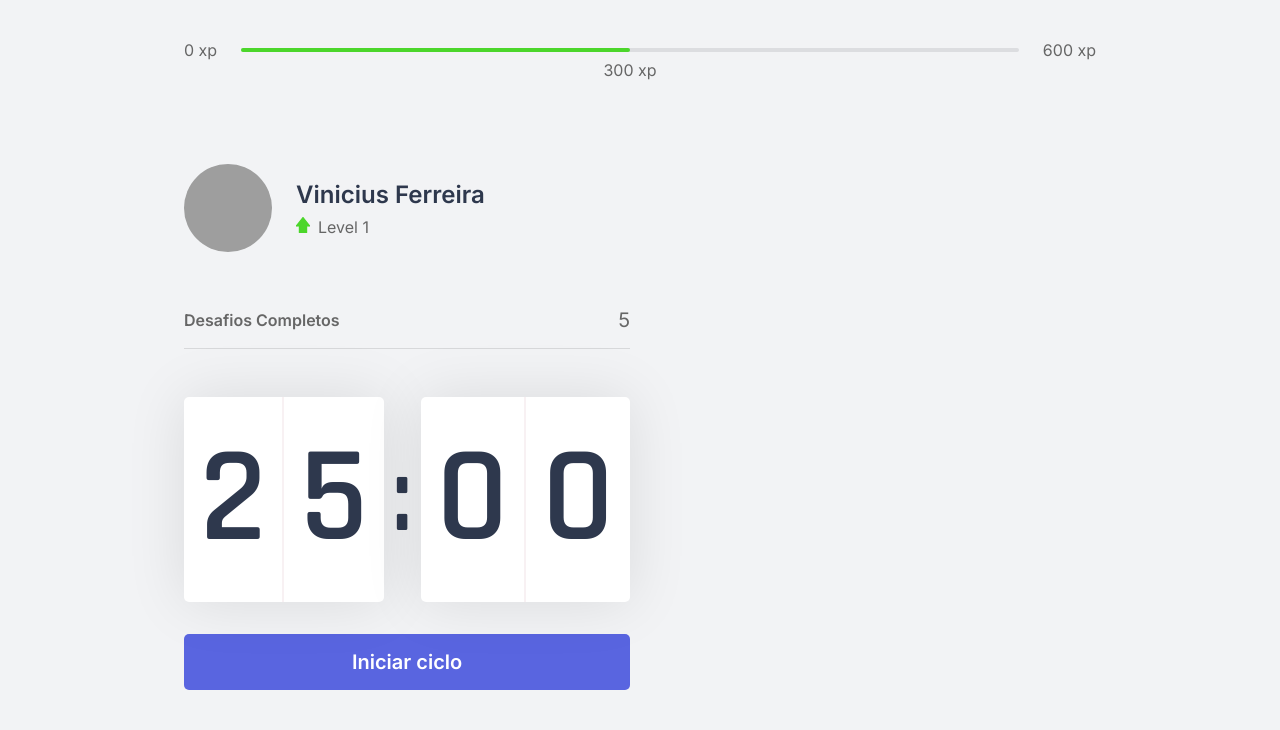
Repository: viniciusfg05/nlwFocus
Page: /
These files come from the project's save history. The page is drawn as it stood at one moment and after the next save; the edit follows.
The browser window is 1280 px wide. The pictures show the whole page.
Pictures or frames that could not be fetched are drawn as grey boxes. The project was rebuilt for these pictures with package versions that can differ from the ones it lists, and the page was loaded fresh each time. The framework's server and built-in components were replaced by stand-ins that run in the browser.

Above is the page before, as saved 2022-02-28 09:59:05.

After the next save:
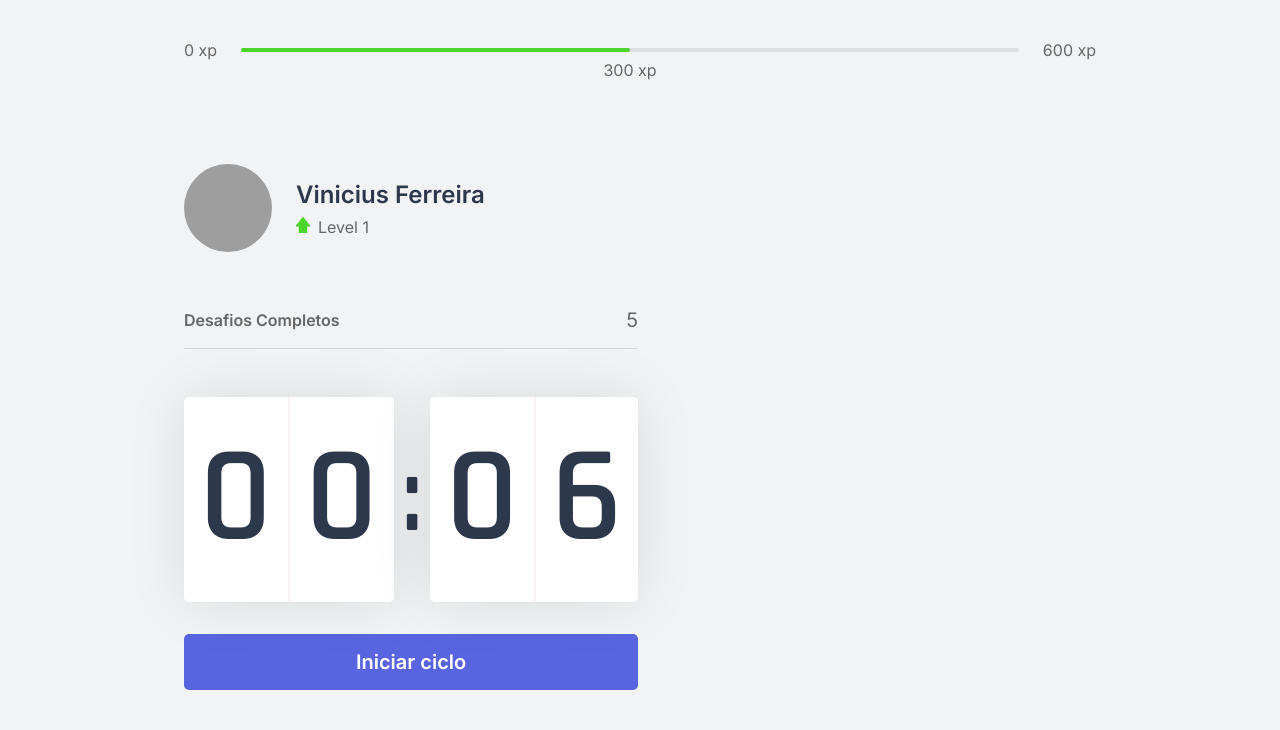
Saved 2 min 14 s later.
--- a/src/components/CountDown.tsx
+++ b/src/components/CountDown.tsx
@@ -5,7 +5,7 @@ let countDownTimeOut: NodeJS.Timeout; //para cancelar o timeOut
 
 
 export function CountDown() {
-    const [ time, setTime ] = useState(25 * 60)
+    const [ time, setTime ] = useState(0.1 * 60)
     const [ isActive, setIsActive ] = useState(false)// para iniciar com desabilitado o conometro
 
     const minutos = Math.floor(time / 60);
@@ -24,7 +24,7 @@ export function CountDown() {
     function CancelCoutDown() {
         clearTimeout(countDownTimeOut)
         setIsActive(false);
-        setTime((25 * 60))
+        setTime((0.1 * 60))
     }
 
     useEffect(() => {
